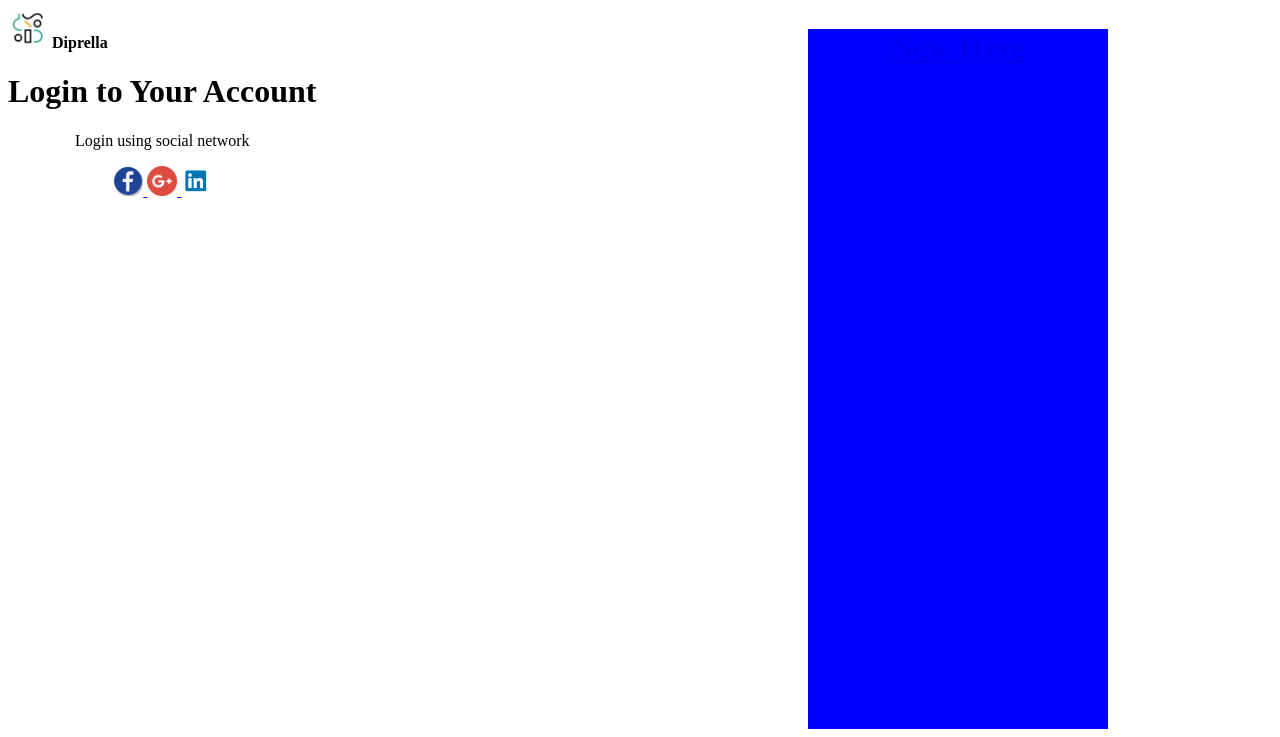
Repository: Tobby004/bdc-assignment-3
Page: task.html
The author's editor kept a copy of each file at every save. The page is drawn from the files as they stood at one save, then again after the next save.
The browser window is 1280 px wide. The pictures show the whole page.

Above is the page before, as saved 2023-02-21 09:31:17.

After the next save:
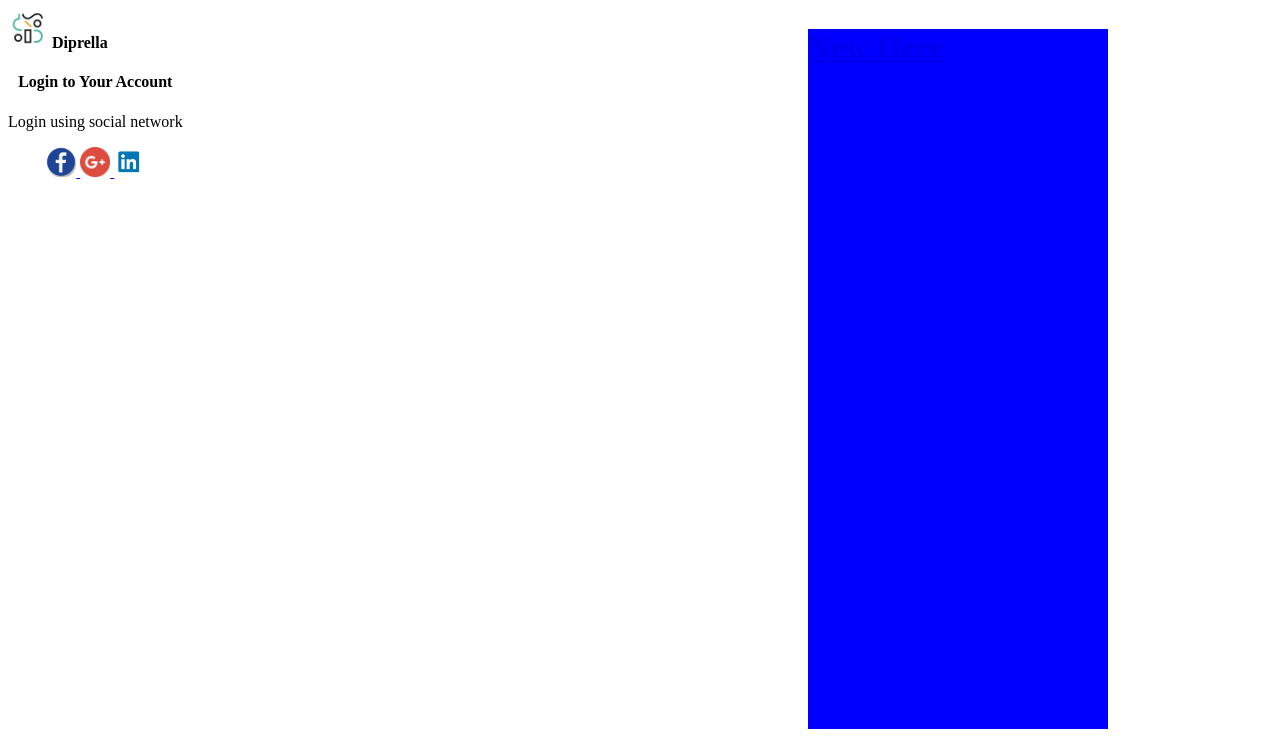
Saved 48 s later.
--- a/task.html
+++ b/task.html
@@ -12,7 +12,7 @@
     <div class="box1">
     <header id="logo"><img src="diprella.JPG"  height="40px" alt="diprella"</header>
     <b>Diprella</b>
-    <h1>Login to Your Account</h1>
+    <h4>Login to Your Account</h4>
     <p>Login using social network</p>
         <div class="logo">
             <a href="#"><img src="facebook.png" height="30px"</a>
--- a/task.css
+++ b/task.css
@@ -17,7 +17,7 @@
     height: 700px;
     width: 300px;
 }
-div h1{
+div h4{
     text-align: center;
 
 }
